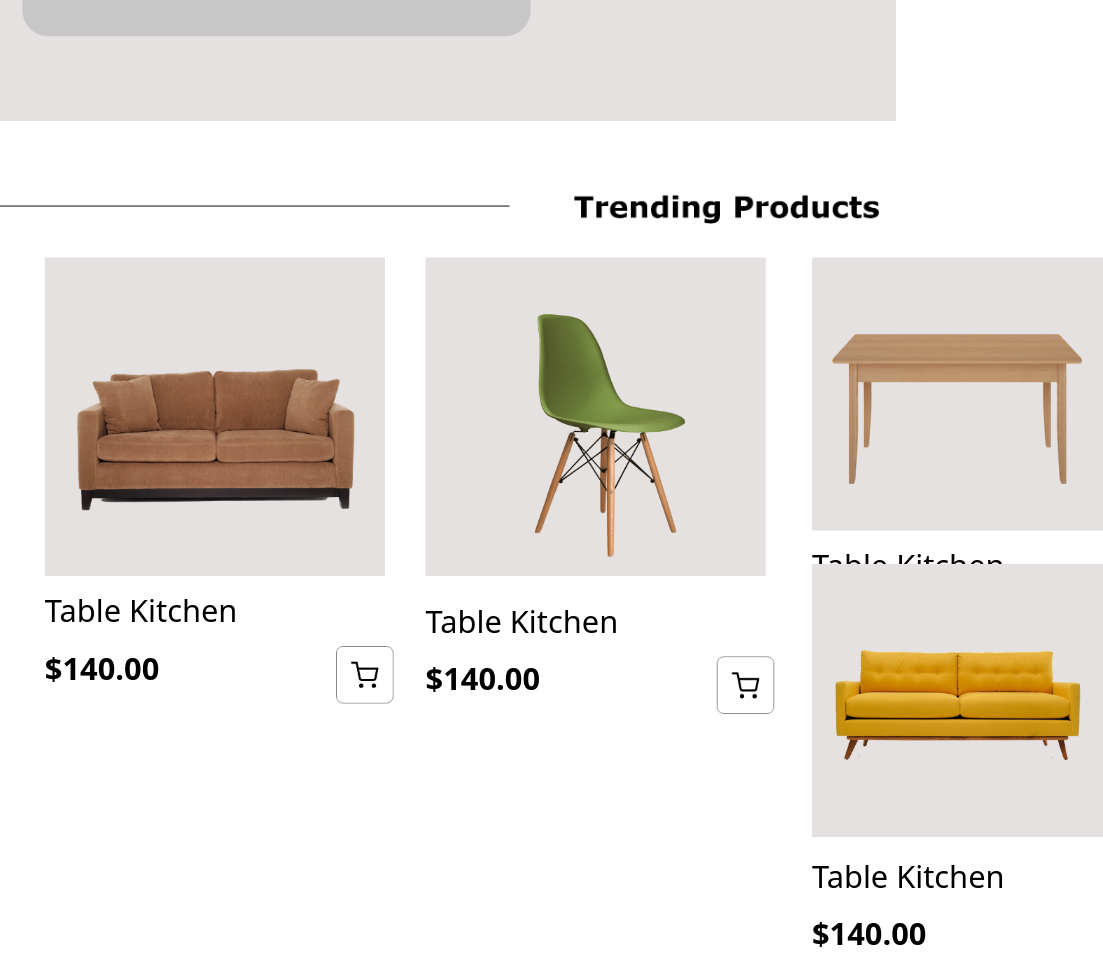
Repository: MEROO1010/creative_home
Page: /
These files come from the project's save history. The page is drawn as it stood at one moment and after the next save; the edit follows.
The browser window is 1280 px wide. The page is 1576 px wide, so the pictures cover 1576 px, including what lies to the right of the window. The pictures show the part of the page from y = 2657 to 4217 px (the page is 4057 px tall before and 4217 px after), at 70% of full size.
The project was rebuilt for these pictures with package versions that can differ from the ones it lists, and the page was loaded fresh each time. The framework's server and built-in components were replaced by stand-ins that run in the browser. Also part of the build but not shown: next.config.js.

Above is the page before, as saved 2022-12-14 10:05:15.

After the next save:
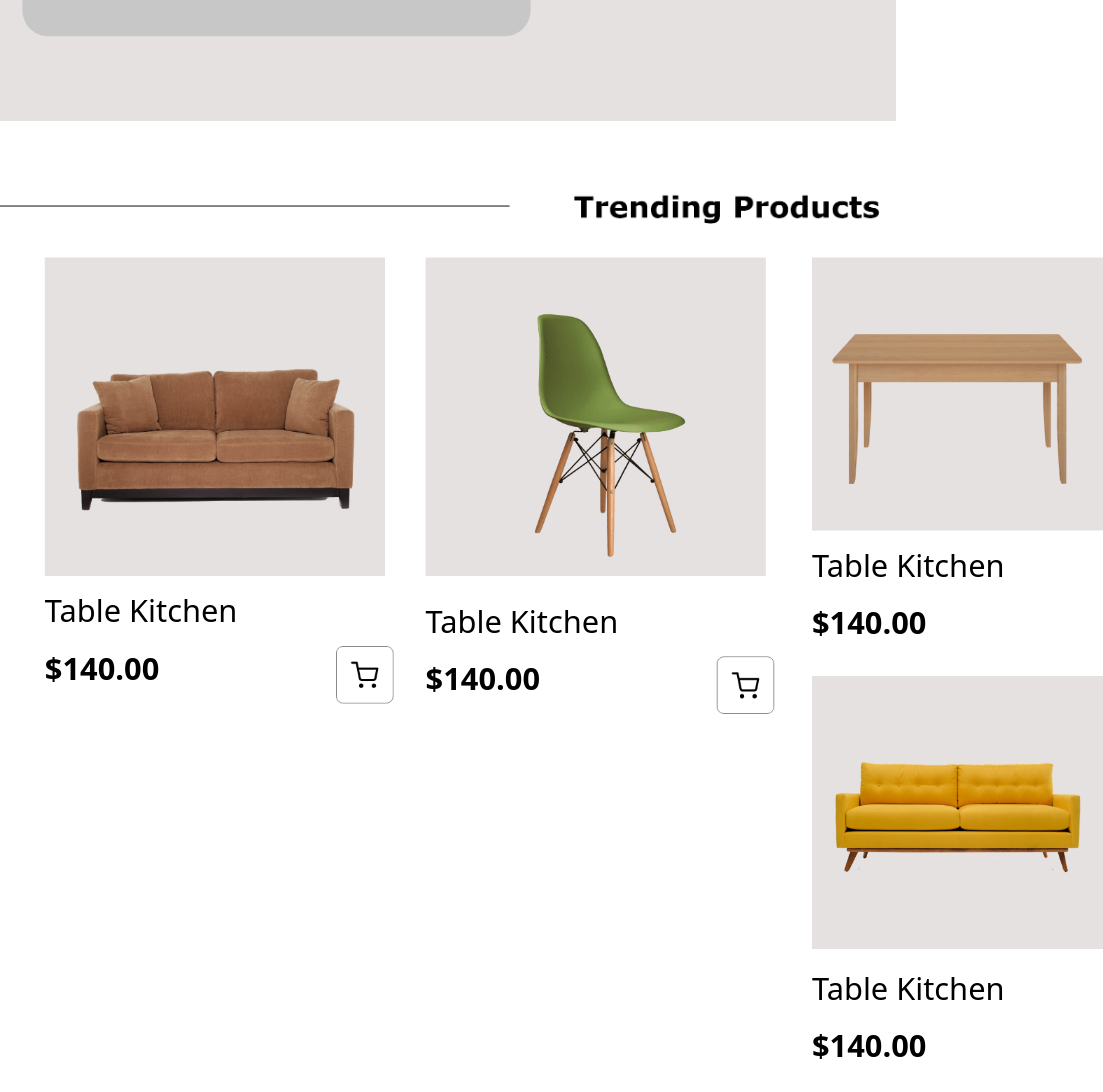
Saved 4 s later.
--- a/components/TrendingProducts.tsx
+++ b/components/TrendingProducts.tsx
@@ -48,7 +48,7 @@ const TrendingProducts = () => {
 
      {/*yellow sofa */}
      <div className=' absolute ml-80 mt-80 pl-80  left-80'>
-       <div className='ml-36 pl-14 mt-40'>
+       <div className='ml-36 pl-14 mt-80'>
        <Image src={yellowsofa} alt=''/>
        <h1 className='text-[44px]  mt-4  font-verdana'>Table Kitchen</h1>
        <h1 className='text-[44px]  mt-4  font-verdana font-bold'>$140.00</h1>
